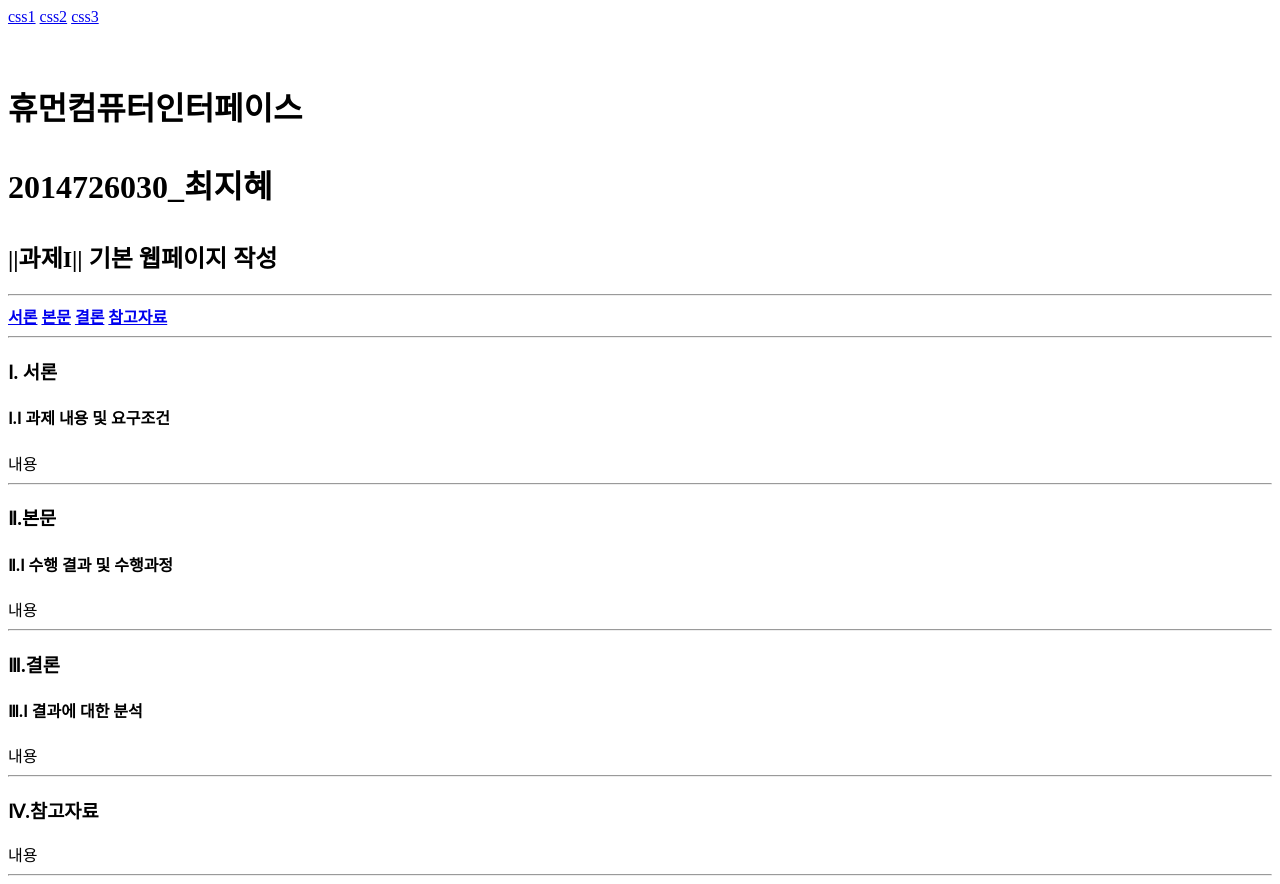
Repository: jungmintaeng/mini-ucampus
Page: http://localhost/ucam/Ucam.jsp
These files come from the project's save history. The page is drawn as it stood at one moment and after the next save; the edit follows.
The browser window is 1280 px wide. The pictures show the whole page.
The page is served by Tomcat 9.

Above is the page before, as saved 2016-06-09 14:23:02.
Not found: ucam/ucam/script.js

After the next save:
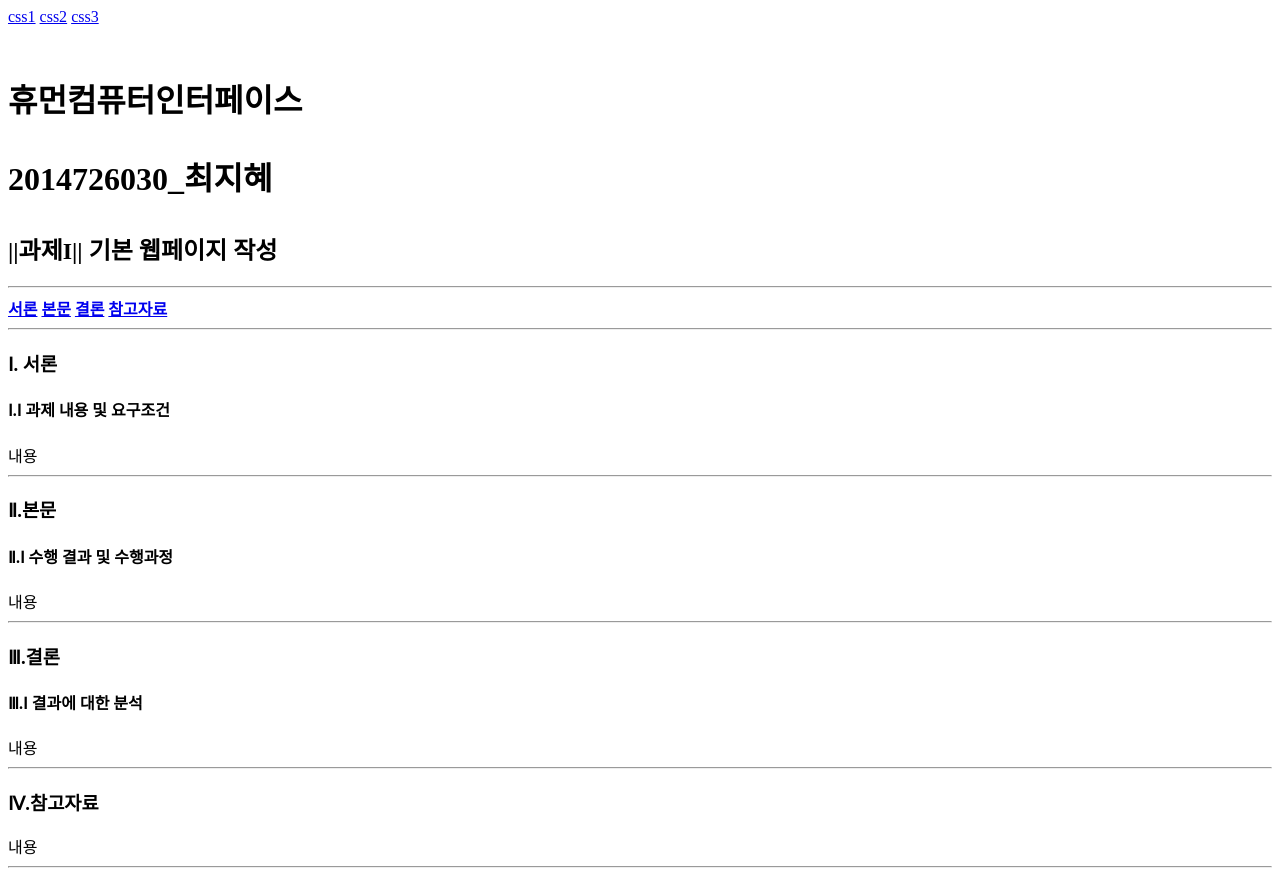
Saved 40 s later.
--- a/ucam/WebContent/Ucam.jsp
+++ b/ucam/WebContent/Ucam.jsp
@@ -1,7 +1,7 @@
 <%@ page language = "java" contentType="text/html; charset=UTF-8"
 	pageEncoding="UTF-8"%>
 <%@ page import = "java.sql.*" %>
-<!doctype html>
+<%request.setCharacterEncoding("utf-8"); %>
 <html>
 <head>
 	<meta http-equiv="Content-Type"content="text-html; charset="utf-8" />
